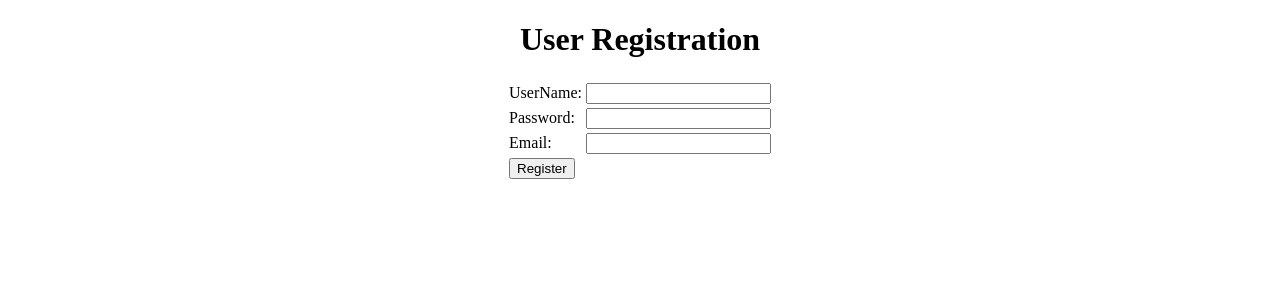
Repository: devalogi/login
Page: http://localhost/RegisterForm/reg.jsp
An editor plug-in stored every save of this project. The page is shown before and after the next save, followed by the edit.
The browser window is 1280 px wide. The pictures show the whole page.
The page is served by Tomcat 9.

Above is the page before, as saved 2023-09-30 16:25:56.

After the next save:
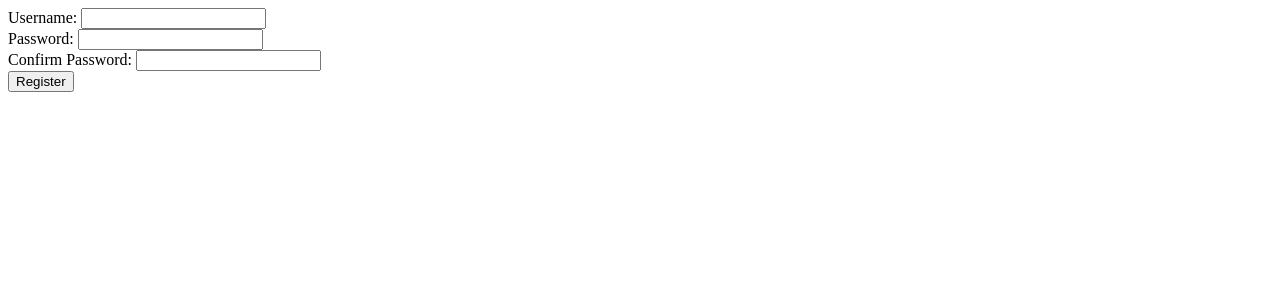
Saved 20 h 52 min later.
--- a/RegisterForm/src/main/webapp/reg.jsp
+++ b/RegisterForm/src/main/webapp/reg.jsp
@@ -3,20 +3,33 @@
 <!DOCTYPE html>
 <html>
 <head>
-<meta charset="ISO-8859-1">
-<title>Insert title here</title>
+    <title>Registration Form</title>
+    <script>
+        function validateForm() {
+            var username = document.forms["registrationForm"]["username"].value;
+            var password = document.forms["registrationForm"]["password"].value;
+            var confirmPassword = document.forms["registrationForm"]["confirmPassword"].value;
+
+            if (username === "" || password === "" || confirmPassword === "") {
+                alert("All fields must be filled out");
+                return false;
+            }
+
+            if (password !== confirmPassword) {
+                alert("Passwords do not match");
+                return false;
+            }
+
+            return true;
+        }
+    </script>
 </head>
 <body>
-<div align=center>
-<h1>User Registration</h1>
-<form action="RegisterServlet" method="post">
-<table>
-<tr><td>UserName:</td><td><input type="text" name="username"/></td></tr>
-<tr><td>Password:</td><td><input type="password" name="password"/> </td></tr>
-<tr><td>Email:</td><td><input type="text" name="email"/> </td></tr>
-<tr><td><input type="submit" value="Register"/></td></tr>
-</table>
-</form>
-</div>
+    <form name="registrationForm" action="RegisterServlet" onsubmit="return validateForm()" method="post">
+        Username: <input type="text" name="username"><br>
+        Password: <input type="password" name="password"><br>
+        Confirm Password: <input type="password" name="confirmPassword"><br>
+        <input type="submit" value="Register">
+    </form>
 </body>
 </html>
